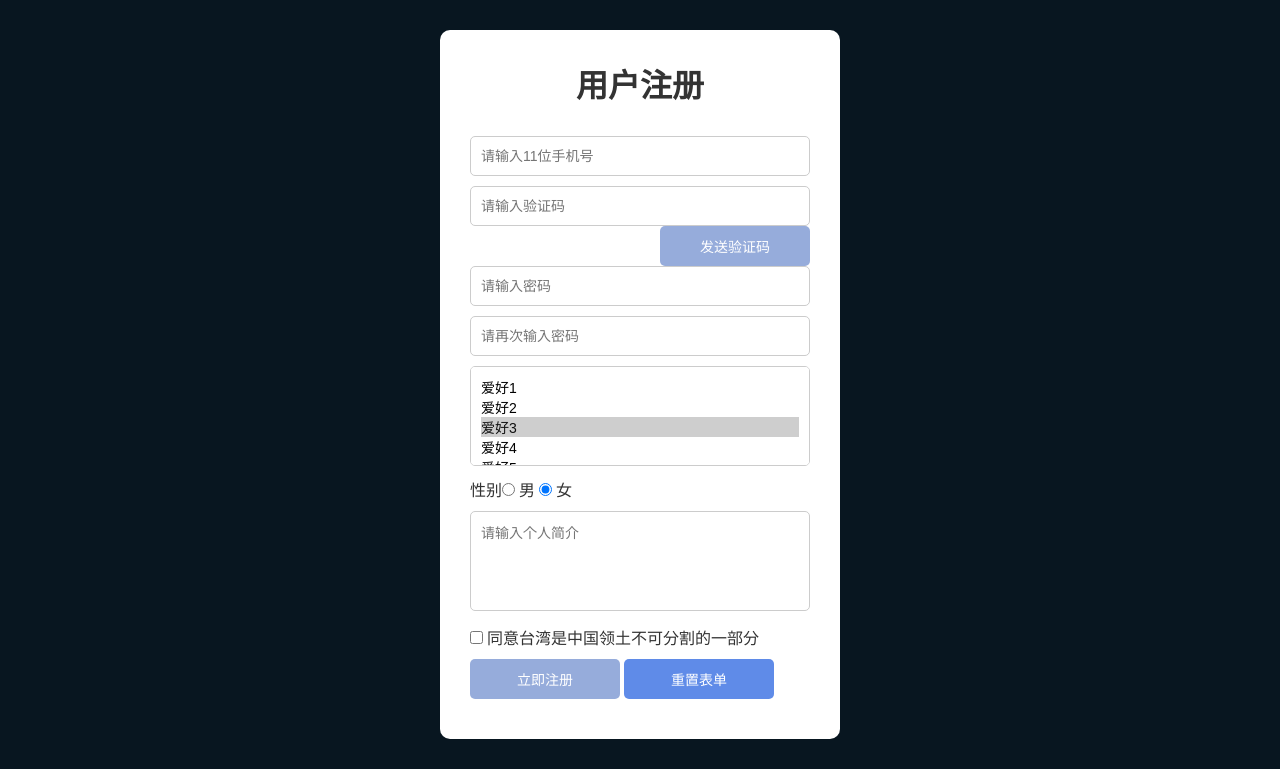
Repository: taoxiaofeng/hello-javascript
Page: master-class/index.html
The author's editor kept a copy of each file at every save. The page is drawn from the files as they stood at one save, then again after the next save.
The browser window is 1280 px wide. The pictures show the whole page.

Above is the page before, as saved 2024-07-23 21:23:29.

### master-class/index.html
<!DOCTYPE html>
<html lang="en">

<head>
  <meta charset="UTF-8">
  <meta name="viewport" content="width=device-width, initial-scale=1.0">
  <title>用户注册</title>
  <link rel="stylesheet" href="./css/index.css">
</head>

<body>
  <form action="" class="container">
    <h1>用户注册</h1>
    <div class="form-item">
      <input class="txt"  type="text" placeholder="请输入11位手机号" >
    </div>
    <div class="form-item">
      <input class="txt left"  type="text" placeholder="请输入验证码" >
      <button type="button" class="right" disabled>发送验证码</button>
    </div>

    <div class="form-item">
      <input class="txt"  type="password" placeholder="请输入密码" >
    </div>
    <div class="form-item">
      <input class="txt"  type="password" placeholder="请再次输入密码" >
    </div>

    <div class="form-item">
      <select multiple="multiple" class="txt">
        <option value="爱好1">爱好1</option>
        <option value="爱好2">爱好2</option>
        <option value="爱好3" selected="selected">爱好3</option>
        <option value="爱好4">爱好4</option>
        <option value="爱好5">爱好5</option>
        <option value="爱好6">爱好6</option>
        <option value="爱好7">爱好7</option>
        <option value="爱好8">爱好8</option>
        <option value="爱好9">爱好9</option>
        <option value="爱好10">爱好10</option>
      </select>
    </div>
    <div class="form-item clearfix">
      <div class="title left">性别</div>
      <div class="left">
        <label>
          <input  type="radio" name="sex" id="male" />
          <span>男</span>
        </label>
        <Label>
          <input  type="radio" name="sex" checked>
          <span>女</span>
        </Label>
      </div>
      <div></div>
    </div>

    <div class="form-item">
      <textarea class="txt" cols="50" rows="5" placeholder="请输入个人简介"></textarea>
    </div>

    <div class="form-item">
      <label>
        <input type="checkbox" />
        <span>同意台湾是中国领土不可分割的一部分</span>
      </label>
    </div>

    <div class="form-item">
      <button disabled>立即注册</button>
      <button type="reset">重置表单</button>
    </div>


  </form>
</body>

</html>

### master-class/css/index.css
* {
  margin: 0;
  padding: 0;
  box-sizing: border-box;
}

html {
  color: #333;
  background: #081620;
}

.container {
  background: #fff;
  width: 400px;
  margin: 30px auto;
  border-radius: 10px;
  padding: 30px;
}

.container h1 {
  /* 元素内部的文字居中 */
  text-align: center;
  margin-bottom: 30px;
}

.form-item {
  margin-bottom: 10px;
}

/* 搞定文本框的统一样式 */
.txt {
  outline: none;
  border: 1px solid #ccc;
  width: 100%;
  height: 40px;
  border-radius: 5px;
  font-size: 14px;
  padding: 0 10px;
  /* text-indent: 10px; */
}

/* 元素聚焦的样式 */
.txt:focus {
  border-color: #5f8be8;
}

/* 单独设置select的样式*/
select.txt {
  height: 100px;
  padding: 10px;
}

textarea.txt {
  height: 100px;
  padding: 10px;
  /*设置多行文本框是否可以被用户改变尺寸*/
  resize: none;
}

/* 按钮统一样式 */
button{
  height: 40px;
  width: 150px;
  border: none;
  outline: none;
  background: #5f8be8;
  color: #fff;
  font-size: 14px;
  border-radius: 5px;
  cursor: pointer;
}

button:hover {
  background: #759ae9;
}

/*选中禁用状态的按钮*/
button:disabled {
  background: #96acdb;
  cursor: not-allowed;
}

/*统一处理浮动*/
 .left {
  float: left;
 }

 .right {
  float: right;
 }

 .clearfix::after {
  content: '';
  display: block;
  clear: both;
 }

After the next save:
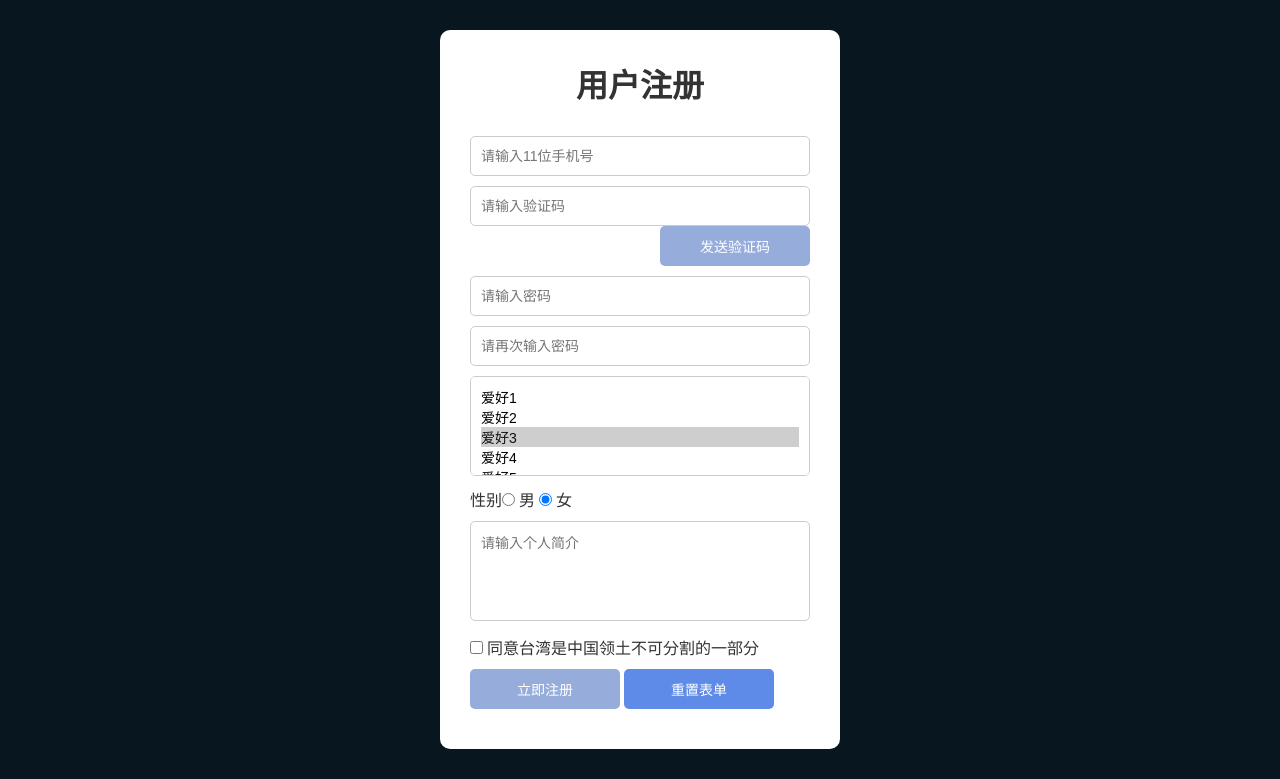
Saved 92 min 47 s later.
--- a/master-class/index.html
+++ b/master-class/index.html
@@ -14,7 +14,7 @@
     <div class="form-item">
       <input class="txt"  type="text" placeholder="请输入11位手机号" >
     </div>
-    <div class="form-item">
+    <div class="form-item clearfix captcba">
       <input class="txt left"  type="text" placeholder="请输入验证码" >
       <button type="button" class="right" disabled>发送验证码</button>
     </div>
